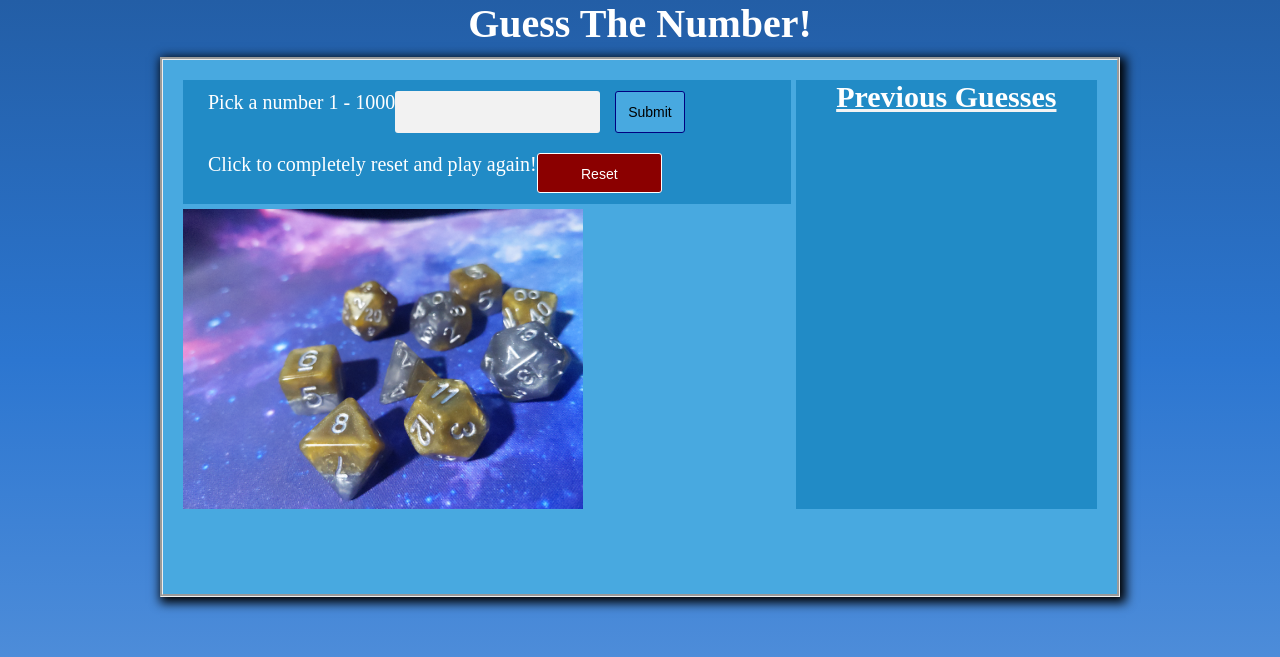
Repository: mlmEFSC21/P15-Modified-Guessing-Game
Page: guess.html
These files come from the project's save history. The page is drawn as it stood at one moment and after the next save; the edit follows.
The browser window is 1280 px wide. The pictures show the whole page.

Above is the page before, as saved 2022-03-23 18:28:45.

### guess.html
<!DOCTYPE html>
<html lang="en">
    <head>
        <meta charset="UTF-8" />
        <meta http-equiv="X-UA-Compatible" content="IE=edge" />
        <meta name="viewport" content="width=device-width, initial-scale=1.0" />
        <link rel="stylesheet" href="guess.css" />
        <script src="guess.js" defer></script>
        <title>Guessing Game</title>
    </head>
    <body>
        <header>
            <h1 class="pageTitle">Guess The Number!</h1>
        </header>
        <section>
            <div class="gameContainer" id="container">
                <div class="results" id="results">
                    <form action="" class="inputForm">
                        <label for="guessInput">Pick a number 1 - 1000</label>
                        <input
                            type="text"
                            required
                            name="guessInput"
                            class="guessInput"
                            id="guessInput"
                        />
                        <input type="button" class="submitBtn" id="submitBtn" value="Submit" />
                        <label for="resetBtn">Click to completely reset and play again!</label>
                        <button type="reset" class="resetBtn" id="resetBtn" name="Reset">
                            Reset
                        </button>
                    </form>
                </div>
                <img
                    src="images\goldSilverDice.png"
                    alt="Gold and silver colored dice. From 4 sides up to 20 sides"
                />
                <div class="guessesContainer" id="guessesContainer">
                    <h2>Previous Guesses</h2>
                    <ul class="guesses" id="guessList"></ul>
                </div>
            </div>
        </section>
    </body>
</html>

### guess.css
:root {
    --clr-primary: #218bc6;
    --clr-secondary: #48a9e0;
    --clr-tertiary: #235ea6;
}

*,
*::after,
*::before {
    box-sizing: border-box;
    margin: 0;
    padding: 0;
}
body {
    background-image: linear-gradient(var(--clr-tertiary), #2c76d0, #5491db);
    height: 100vh;
    background-position: center;
    background-repeat: no-repeat;
    background-size: cover;
    color: white;
    font-size: 20px;
}
.pageTitle {
    text-align: center;
}
.gameContainer {
    background-color: var(--clr-secondary);
    display: grid;
    max-width: 960px;
    height: 75vh;
    margin: 10px auto;
    padding: 20px;
    grid-template-columns: repeat(3, 1fr);
    grid-template-rows: repeat(4, 1fr);
    gap: 5px;
    align-items: center;
    justify-content: center;
    border: groove;
    box-shadow: 3px 3px 10px 3px black;
}
.results {
    background-color: var(--clr-primary);
    display: flex;
    flex-direction: column-reverse;
    margin: 10px auto;
    padding: 0 25px;
    grid-column: 1 / 3;
    grid-row: 1 / 3;
    height: 100%;
    justify-content: center;
    align-items: center;
    text-align: center;
    overflow: hidden;
}
input,
button {
    margin: 10px 0;
}
.inputForm {
    display: flex;
    flex-wrap: wrap;
}
label {
    margin-right: 15px;
    margin: 10px 0;
}
input {
    border: none;
    -webkit-appearance: none;
    -ms-appearance: none;
    -moz-appearance: none;
    appearance: none;
    background: #f2f2f2;
    padding: 12px;
    border-radius: 3px;
    outline: none;
    font-size: 14px;
}
img {
    width: 400px;
    height: 300px;
    grid-column: 1 / 3;
}
button {
    border: solid 1px white;
    margin-bottom: 10px;
    padding: 12px;
    border-radius: 3px;
    width: 125px;
    height: 40px;
    outline: none;
    font-size: 14px;
}
h2 {
    text-decoration: underline;
    text-decoration-color: #f3f3f3;
}
.submitBtn {
    background: var(--clr-secondary);
    border: solid 0.5px navy;
    margin-left: 15px;
}
.submitBtn:hover {
    background: #44b3db;
}
.resetBtn {
    background: darkred;
    color: white;
}
.resetBtn:hover {
    background: red;
}
.guessesContainer {
    background-color: var(--clr-primary);
    display: flex;
    flex-direction: column;
    flex-grow: 2;
    height: 100%;
    grid-row: 1 / 4;
    align-items: center;
    overflow: hidden;
}
/* the h3 that is appended by the js. It was hugging the container too much. */
h3 {
    margin: 10px;
    text-align: center;
}
.hint {
    font-style: italic;
    text-decoration: underline;
}

### guess.js
let randomNumber = Math.floor(Math.random() * 1000 + 1);
let guesses = [];

const guessInput = document.getElementById("guessInput");
const resultsDiv = document.getElementById("results");
const submitButton = document.getElementById("submitBtn");
const resetButton = document.getElementById("resetBtn");
const p = document.createElement("p");
const ul = document.getElementById("guessList");
const li = document.createElement("li");
const guessesContainer = document.getElementById("guessesContainer");
const winningMessage = document.createElement("h3");
const hint = document.createElement("h3");

//checks to see if the guess is higher, lower, or equal to
function checkGuess() {
    const currentGuess = Number(guessInput.value);
    if (currentGuess == randomNumber) {
        guesses.push(currentGuess);
        p.innerText = "Congratulations! You guessed the number!";
        resultsDiv.append(p);
        countGuesses();
    }
    if (currentGuess < randomNumber) {
        guesses.push(currentGuess);
        p.innerText = "Too low. Try again!";
        resultsDiv.append(p);
        trackGuesses();
    }
    if (currentGuess > randomNumber) {
        guesses.push(currentGuess);
        p.innerText = "Too high. Try again!";
        resultsDiv.append(p);
        trackGuesses();
    }
}
//tracks previous guess in a <ul>. Removes <li> and populates from guesses[] each time.
function trackGuesses() {
    while (ul.hasChildNodes()) {
        ul.removeChild(ul.firstChild);
    }
    for (i = 0; i <= guesses.length - 1; i++) {
        let li = document.createElement("li");
        li.innerText = guesses[i];
        ul.appendChild(li);
    }
}

//counts how many guesses. Uses array length.
function countGuesses() {
    let numOfGuesses = guesses.length;
    if (numOfGuesses < 10) {
        winningMessage.innerText = `${numOfGuesses} guesses?! Either you know the secret or you got lucky!`;
        guessesContainer.append(winningMessage);
    } else if (numOfGuesses == 10) {
        winningMessage.innerText = `${numOfGuesses} guesses. Ahah! You know the secret!`;
        guessesContainer.append(winningMessage);
    } else if (numOfGuesses > 10) {
        winningMessage.innerText = `Yikes! ${numOfGuesses} guesses... You should be able to do better!`;
        hint.innerHTML = '*Hint* Knowing the trick is <span class="hint">half</span> the battle.';
        guessesContainer.append(winningMessage);
        guessesContainer.append(hint);
    }
}
// creates a new random number for replay
function newRNG() {
    randomNumber = Math.floor(Math.random() * 10 + 1);
}
//resets the game completely.
function resetGame() {
    p.innerText = "";
    resultsDiv.append(p);
    while (ul.hasChildNodes()) {
        ul.removeChild(ul.firstChild);
    }
    winningMessage.remove();
    guesses = [];
    newRNG();
    //logging random number for debugging.
    console.log(randomNumber);
}

submitButton.addEventListener("click", checkGuess);
resetButton.addEventListener("click", resetGame);
//logging random number for debugging.
console.log(randomNumber);

After the next save:
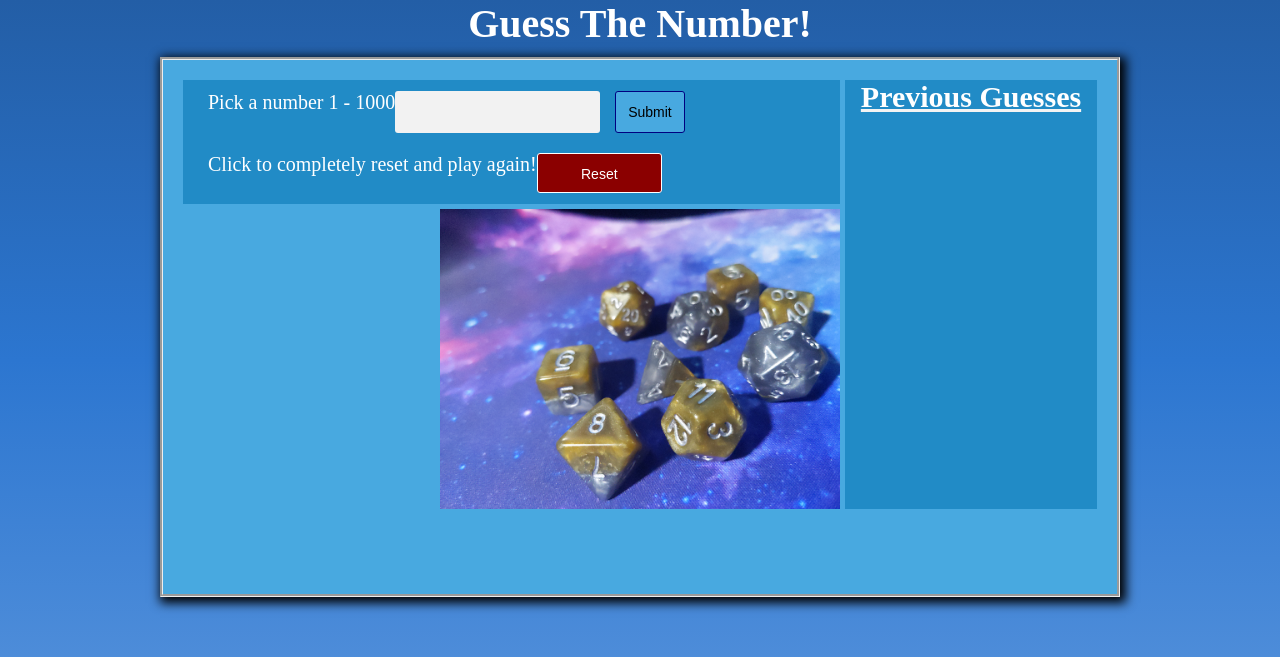
Saved 28 s later.
--- a/guess.css
+++ b/guess.css
@@ -79,7 +79,7 @@
 img {
     width: 400px;
     height: 300px;
-    grid-column: 1 / 3;
+    grid-column: 2 / 3;
 }
 button {
     border: solid 1px white;

After the save that followed:
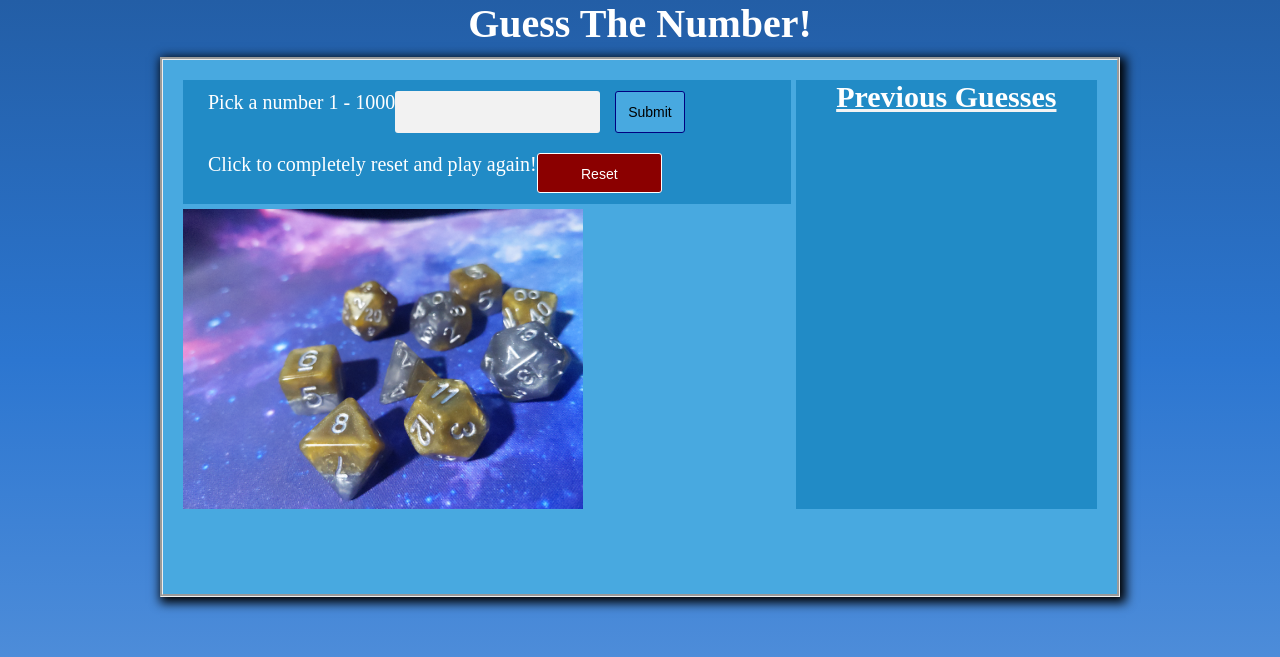
Saved 6 s later.
--- a/guess.css
+++ b/guess.css
@@ -79,7 +79,7 @@
 img {
     width: 400px;
     height: 300px;
-    grid-column: 2 / 3;
+    grid-column: 1 / 3;
 }
 button {
     border: solid 1px white;
